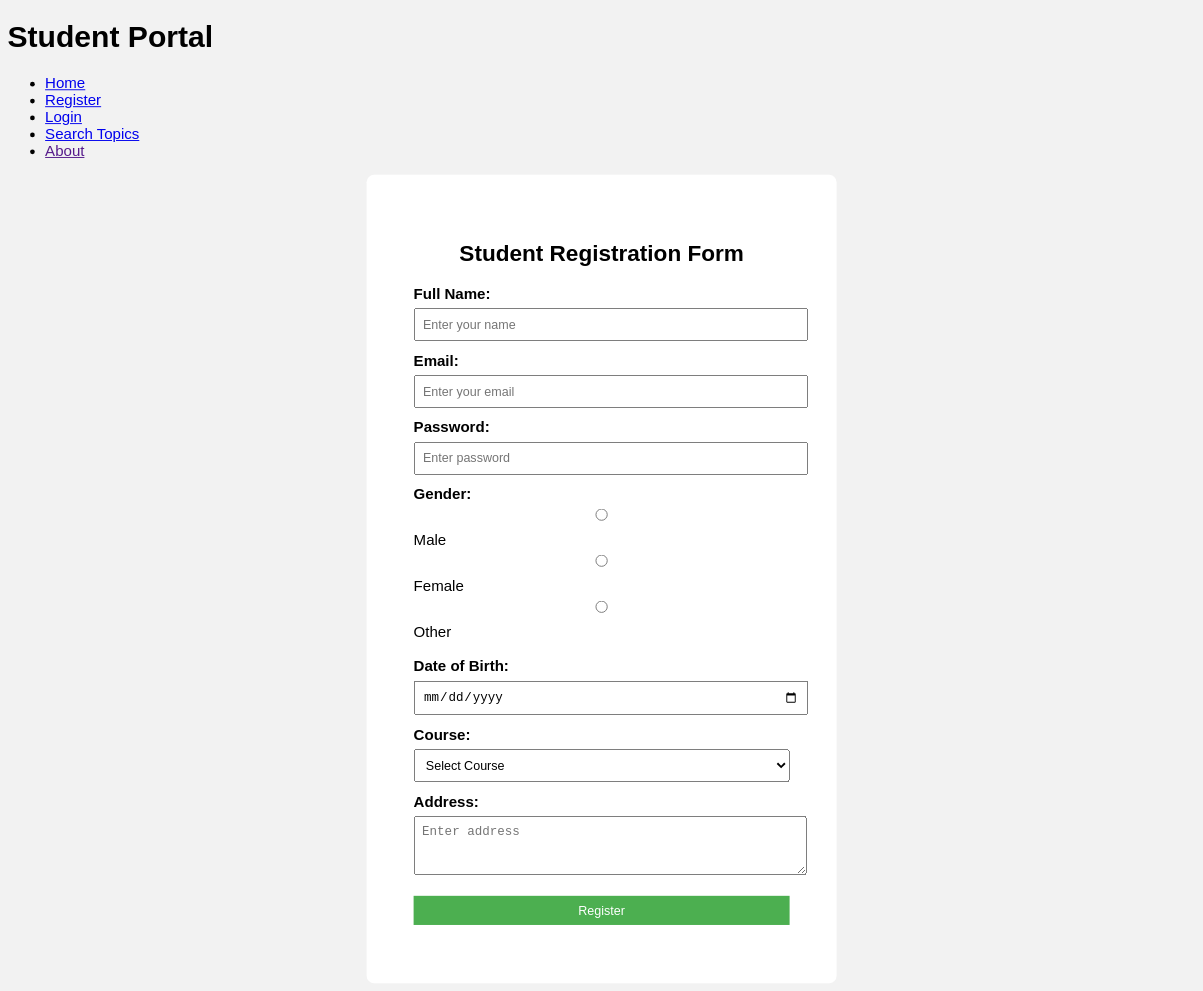
Repository: Tanvisalunkhe/Java_Codes
Page: demo/src/main/webapp/register.html
The author's editor kept a copy of each file at every save. The page is drawn from the files as they stood at one save, then again after the next save.
The browser window is 1280 px wide. The pictures show the whole page, at 94% of full size.

Above is the page before, as saved 2025-12-26 06:45:48.

### demo/src/main/webapp/register.html
<!DOCTYPE html>
<html>
<head>
    <title>Student Registration Form</title>
    <style>
        body {
            font-family: Arial, sans-serif;
            background-color: #f2f2f2;
        }
        .container {
            width: 400px;
            margin: auto;
            background: white;
            padding: 50px;
            border-radius: 8px;
        }
        h2 {
            text-align: center;
        }
        label {
            font-weight: bold;
        }
        input, select, textarea {
            width: 100%;
            padding: 8px;
            margin: 6px 0 12px 0;
        }
        input[type="submit"] {
            background-color: #4CAF50;
            color: white;
            border: none;
            cursor: pointer;
        }
        input[type="submit"]:hover {
            background-color: #45a049;
        }
    </style>
</head>

<body>
   <!-- Navigation Bar -->
    <div class="navbar">
        <h1>Student Portal</h1>
        <ul>
            <li><a href="#">Home</a></li>
            <li><a href="register.html">Register</a></li>
            <li><a href="login.html">Login</a></li>
            <li><a href="Search.html">Search Topics</a></li>
            <li><a href="">About</a></li>
        </ul>
    </div>


<div class="container">
    <h2>Student Registration Form</h2>

    <form action="register" method="post">
        <label>Full Name:</label>
        <input type="text" name="name" placeholder="Enter your name" required>

        <label>Email:</label>
        <input type="email"name="email" placeholder="Enter your email" required>

        <label>Password:</label>
        <input type="password" name="pass" placeholder="Enter password" required>

        <label>Gender:</label>
        <input type="radio" name="gender" value="male"required> Male
        <input type="radio" name="gender" value="female"> Female
        <input type="radio" name="gender"value="other"> Other

        <br><br>

        <label>Date of Birth:</label>
        <input type="date" name="date" required>

        <label>Course:</label>
        <select name="course">
            <option>Select Course</option>
            <option>BCA</option>
            <option>BSc</option>
            <option>BCom</option>
            <option>BA</option>
            <option>MCA</option>
        </select>

        <label>Address:</label>
        <textarea rows="3"name="add" placeholder="Enter address"></textarea>

        <input type="submit" value="Register">
    </form>
</div>

</body>
</html>

After the next save:
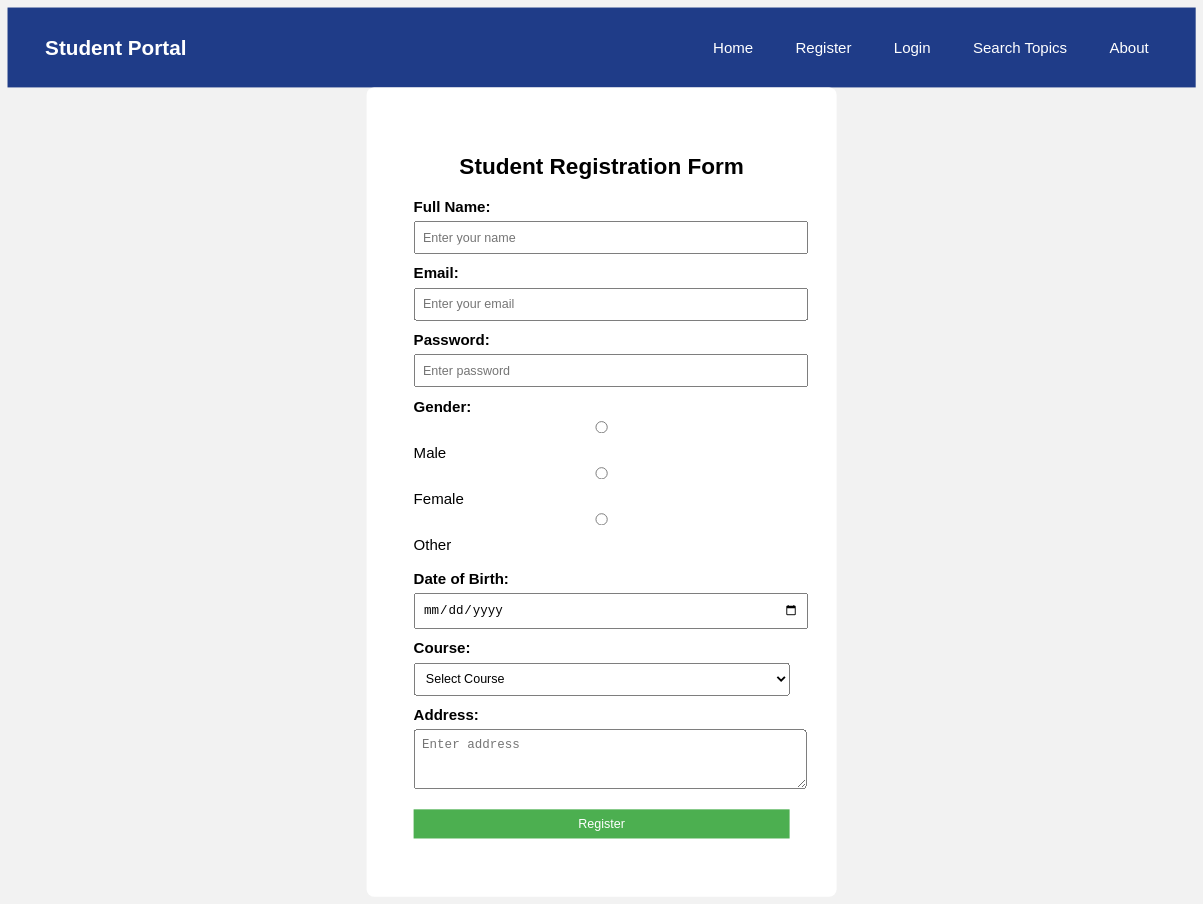
Saved 31 s later.
--- a/demo/src/main/webapp/register.html
+++ b/demo/src/main/webapp/register.html
@@ -6,6 +6,41 @@
         body {
             font-family: Arial, sans-serif;
             background-color: #f2f2f2;
+        }
+        /* Navbar */
+        .navbar {
+            background-color: #1f3c88; /* Dark Blue */
+            padding: 15px 40px;
+            display: flex;
+            justify-content: space-between;
+            align-items: center;
+        }
+
+        .navbar h1 {
+            color: white;
+            font-size: 22px;
+        }
+
+        .navbar ul {
+            list-style: none;
+            display: flex;
+        }
+
+        .navbar ul li {
+            margin-left: 25px;
+        }
+
+        .navbar ul li a {
+            color: white;
+            text-decoration: none;
+            font-size: 16px;
+            padding: 6px 10px;
+        }
+
+        .navbar ul li a:hover {
+            background-color: #ffffff;
+            color: #1f3c88;
+            border-radius: 4px;
         }
         .container {
             width: 400px;
